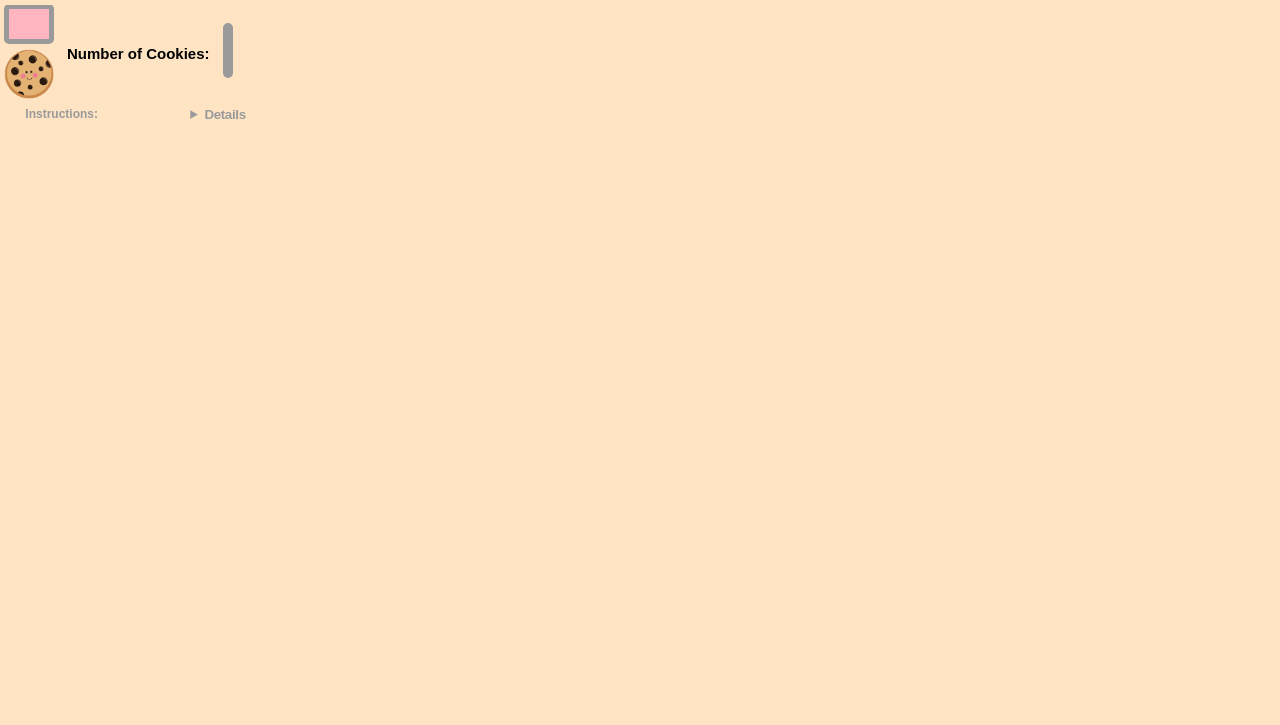
Repository: f00d4tehg0dz/elgato-streamdeck-cookie-clicker
Page: com.f00d4tehg0dz.cookieclicker.sdPlugin/cookieclicker.html
An editor plug-in stored every save of this project. The page is shown before and after the next save, followed by the edit.
The browser window is 1280 px wide. The pictures show the whole page.

Above is the page before, as saved 2022-01-28 12:14:56.

After the next save:
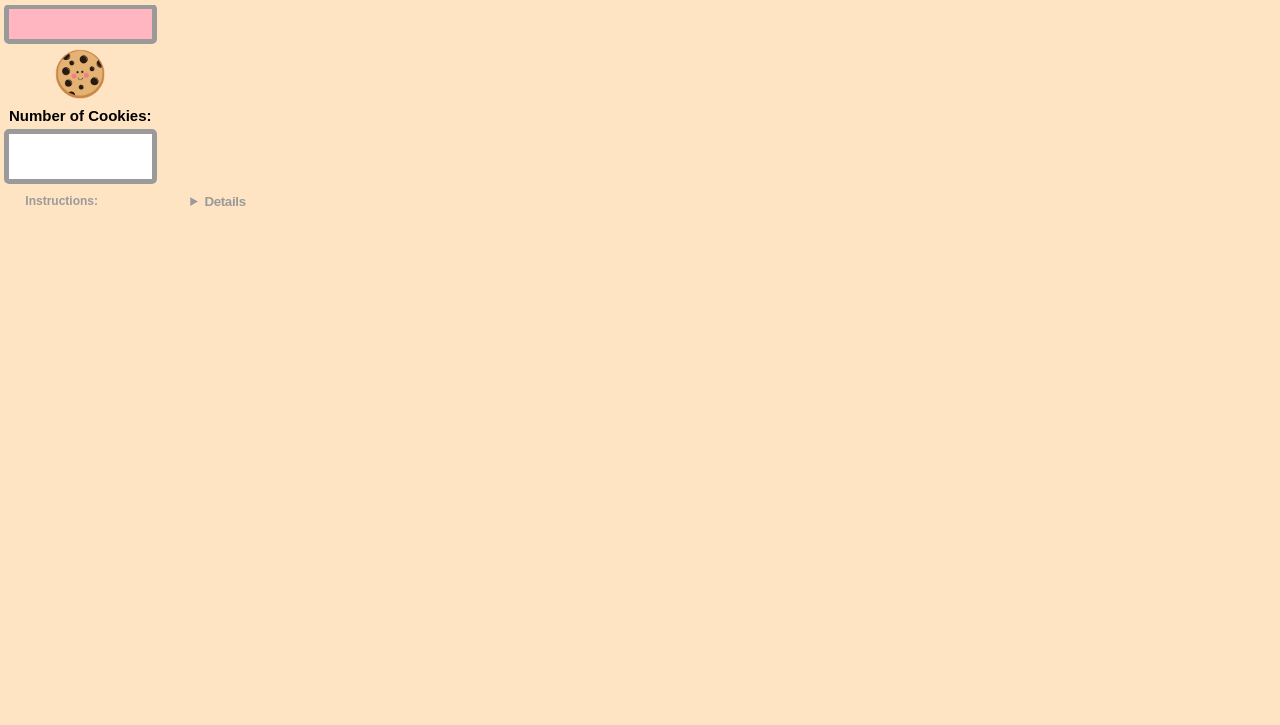
Saved 7 s later.
--- a/com.f00d4tehg0dz.cookieclicker.sdPlugin/cookieclicker.html
+++ b/com.f00d4tehg0dz.cookieclicker.sdPlugin/cookieclicker.html
@@ -19,12 +19,12 @@
             <div id="cookie" onclick="updateButton()">
                 <img src="icon-animate.gif" width="50px"/>
             </div>
-        </span>
 
-        <span>
+
+
             <h2>Number of Cookies:</h2>
-        </span>
-        <span>
+
+
             <div id="cookieNumbers"></div>
         </span>
     </div>
